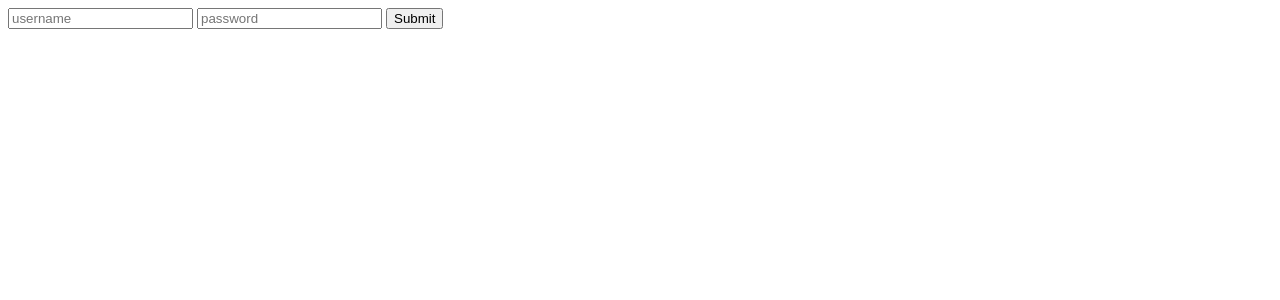
Repository: siddhesh999/SPRING-MVC
Page: http://localhost/springmvc/login.jsp
An editor plug-in stored every save of this project. The page is shown before and after the next save, followed by the edit.
The browser window is 1280 px wide. The pictures show the whole page.
The page is served by Tomcat 9.

Above is the page before, as saved 2022-01-06 09:56:56.

After the next save:
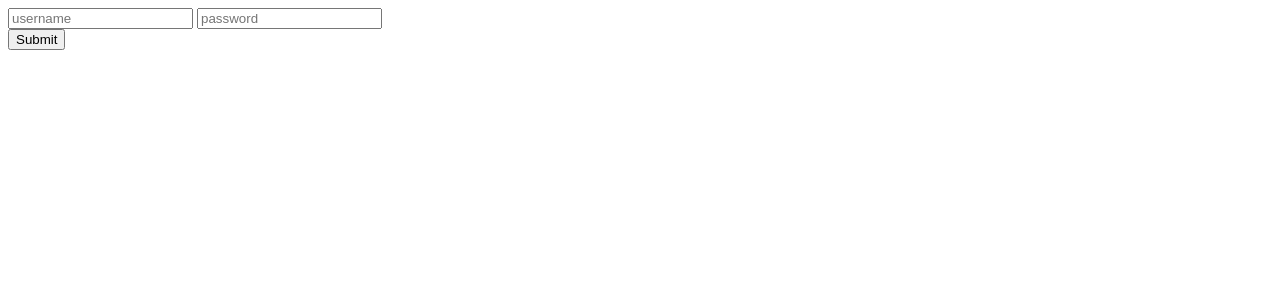
Saved 118 s later.
--- a/springmvc/src/main/webapp/login.jsp
+++ b/springmvc/src/main/webapp/login.jsp
@@ -8,9 +8,13 @@
 </head>
 <body>
 	<form action="./login" method="post">
-		<input type="text" name="user" placeholder="username"> <input
-			type="password" name="pass" placeholder="password"> <input
-			type="submit"  value="Submit">
+
+		<input type="text" name="user" placeholder="username">
+
+		<input type="password" name="pass" placeholder="password">
+
+			<br>
+			<input type="submit"  value="Submit">
 
 	</form>
 </body>
